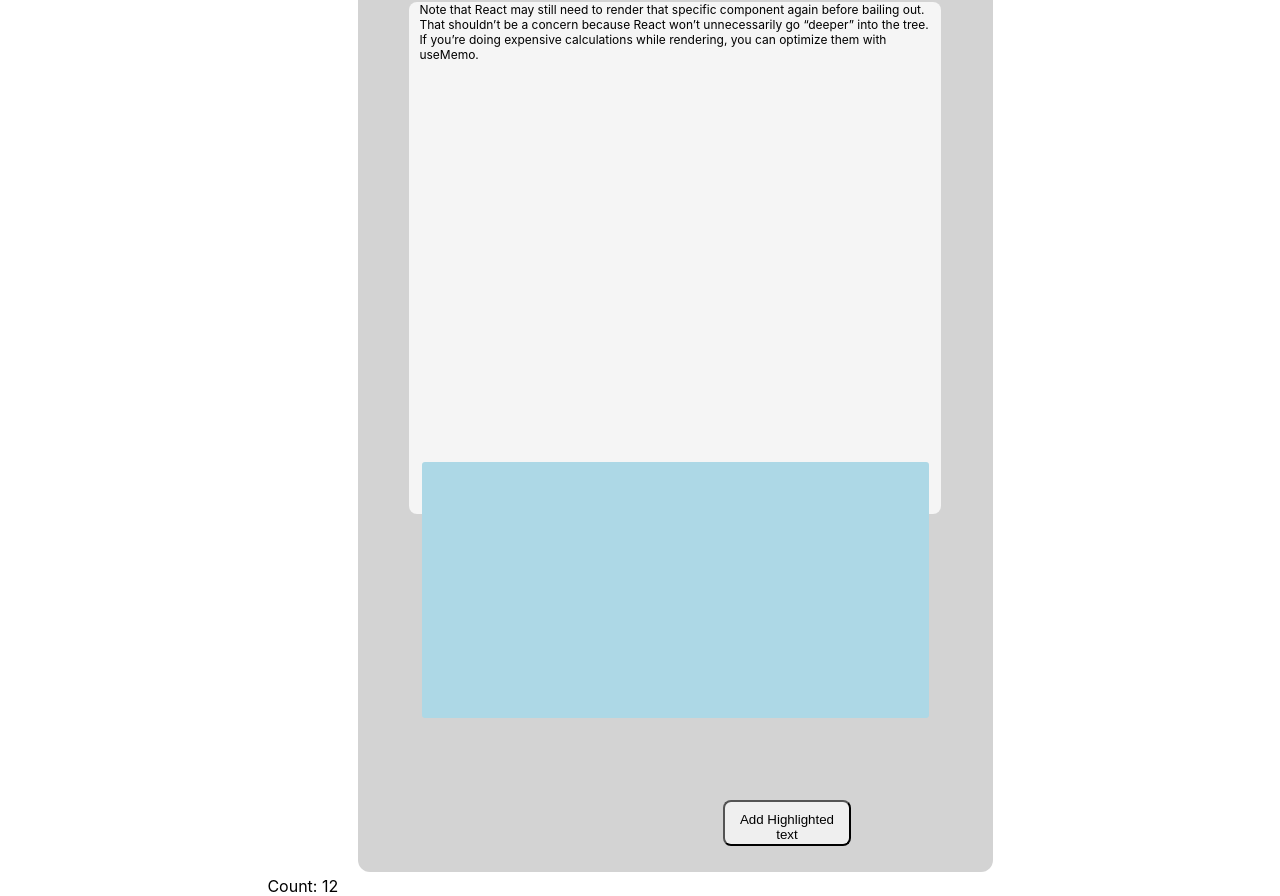
Repository: Farbod29/React-text-highlighter-with-hook-
Page: /
An editor plug-in stored every save of this project. The page is shown before and after a run of saves, followed by the edit.
The browser window is 1280 px wide. The pictures show the part of the page from y = 428 to 1324 px (the page is 1324 px tall).
The project was rebuilt for these pictures with package versions that can differ from the ones it lists, and the page was loaded fresh each time.

Above is the page before, as saved 2022-02-18 23:19:02.

After the next 2 saves:
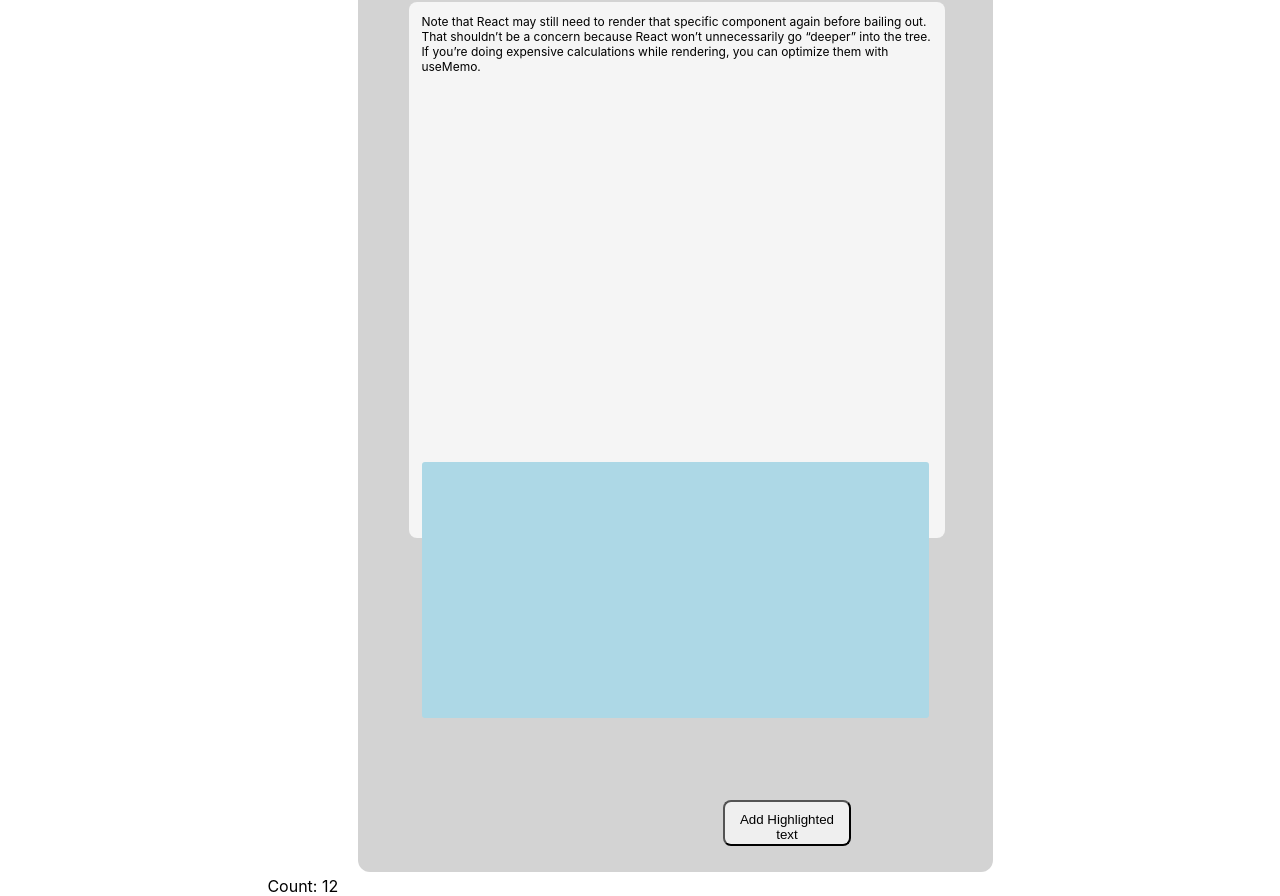
The 2 saves are shown as one change because they came seconds apart.
The last was saved 16 s later.
--- a/src/highlighter.js
+++ b/src/highlighter.js
@@ -51,6 +51,7 @@ export default function Highlighter() {
             position: 'absolute',
             fontSize: '12px',
             textAlign: 'left',
+            padding: '12px',
           }}
         >
           Note that React may still need to render that specific component again
